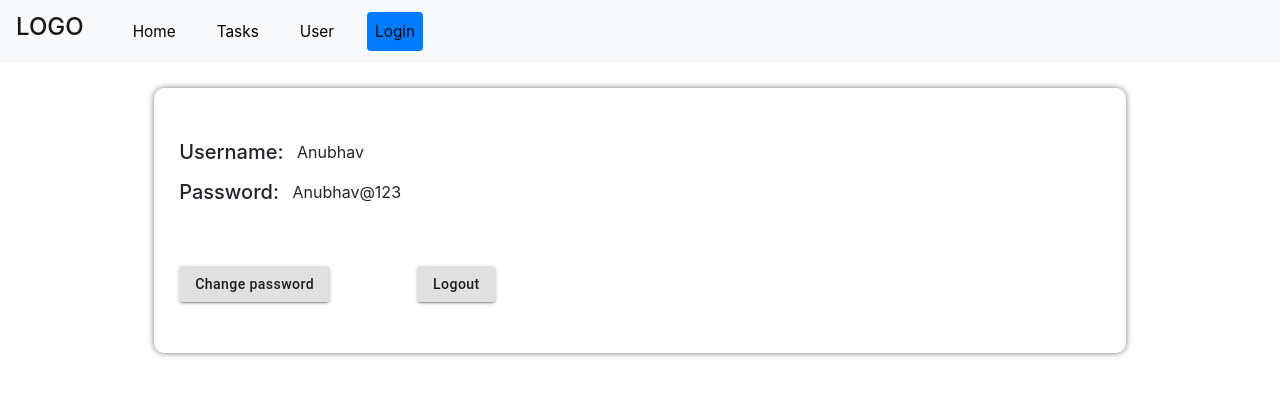
Repository: lalji-yadav/Nimapinfotech-demo-project
Page: /user
An editor plug-in stored every save of this project. The page is shown before and after the next save, followed by the edit.
The browser window is 1280 px wide. The pictures show the whole page.
The project was rebuilt for these pictures with package versions that can differ from the ones it lists, and the page was loaded fresh each time. Also part of the build but not shown: src/components/Home.js, src/components/Tasks.js, src/components/Login.js.

Above is the page before, as saved 2021-01-18 17:11:21.

After the next save:
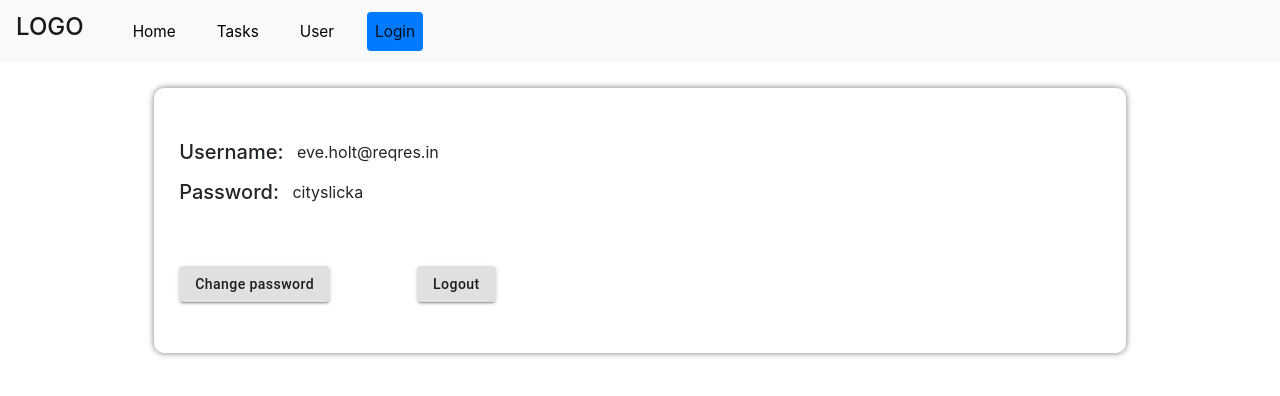
Saved 2 min 42 s later.
--- a/src/components/Users.js
+++ b/src/components/Users.js
@@ -17,8 +17,8 @@ const validate = values => {
 const User=()=> {
 
     const [values, setValues] = useState({
-        username: 'Anubhav',
-        password: 'Anubhav@123',
+        username: 'eve.holt@reqres.in',
+        password: 'cityslicka',
         text: 'Change password'
     })
 
